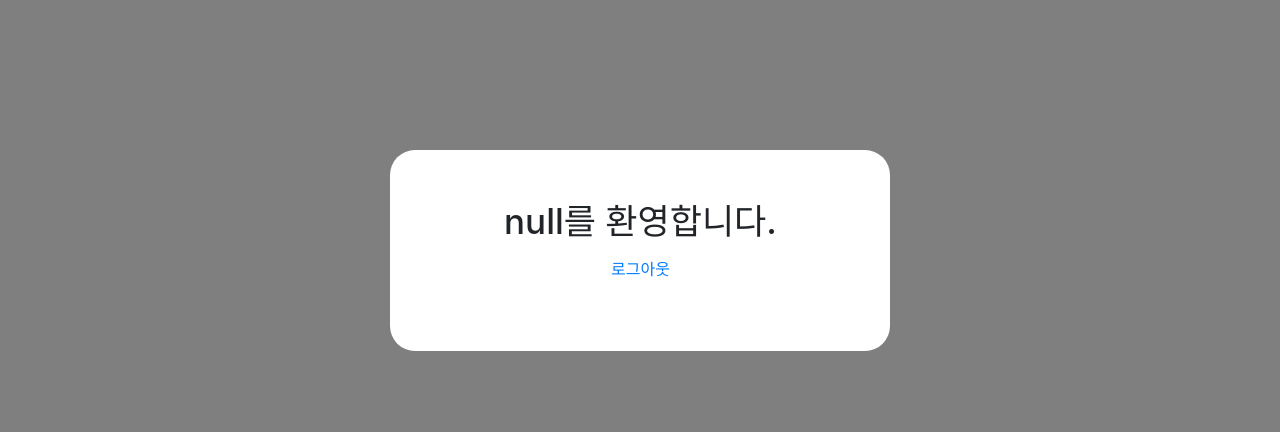
Repository: Jungsol/Servlet_JSP_study
Page: http://localhost/JSP/ex14Join/joinTrue.jsp
The author's editor kept a copy of each file at every save. The page is drawn from the files as they stood at one save, then again after the next save.
The browser window is 1280 px wide. The pictures show the whole page.
Some web libraries are served in a nearby version. The page is served by Tomcat 9.

Above is the page before, as saved 2023-06-19 12:07:44.
Console error: TypeError: Cannot read properties of undefined (reading 'fn')

After the next save:
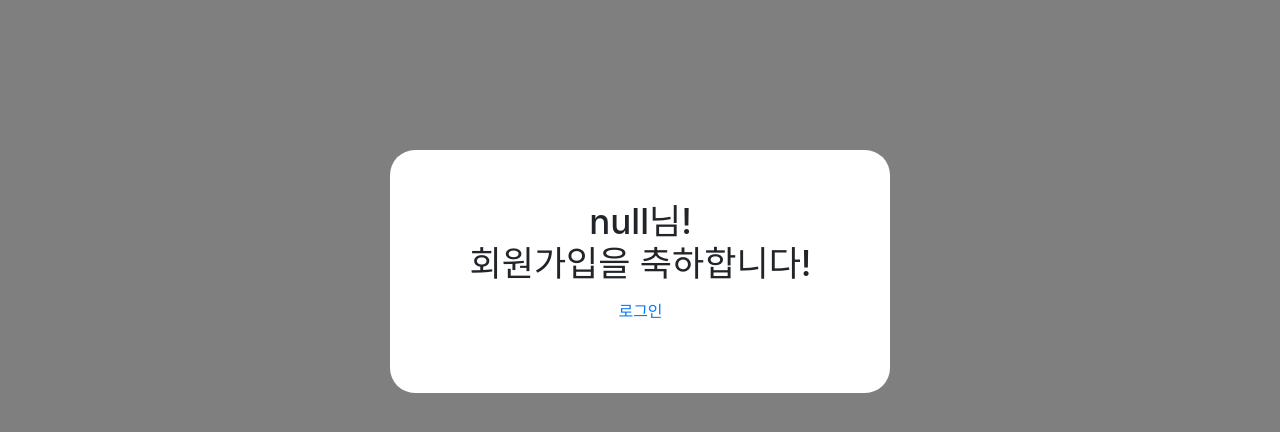
Saved 2 min 28 s later.
--- a/JSP/src/main/webapp/ex14Join/joinTrue.jsp
+++ b/JSP/src/main/webapp/ex14Join/joinTrue.jsp
@@ -16,10 +16,10 @@
 		<div class="main-div">
 			<div class="panel">
 				<!-- id를 웹페이지에 출력하시오. -->
-				<%-- <h1><%= request.getParameter("nick") %>님을 환영합니다.</h1> --%>
-				<h1><%=request.getParameter("nick") %>를 환영합니다.</h1>
+				<h1><%=request.getParameter("nick") %>님!<br>회원가입을 축하합니다!	</h1>
 
-				<a href="logout.jsp">로그아웃</a>
+
+				<a href="../ex13Login/login.jsp">로그인</a>
 
 
 			</div>
